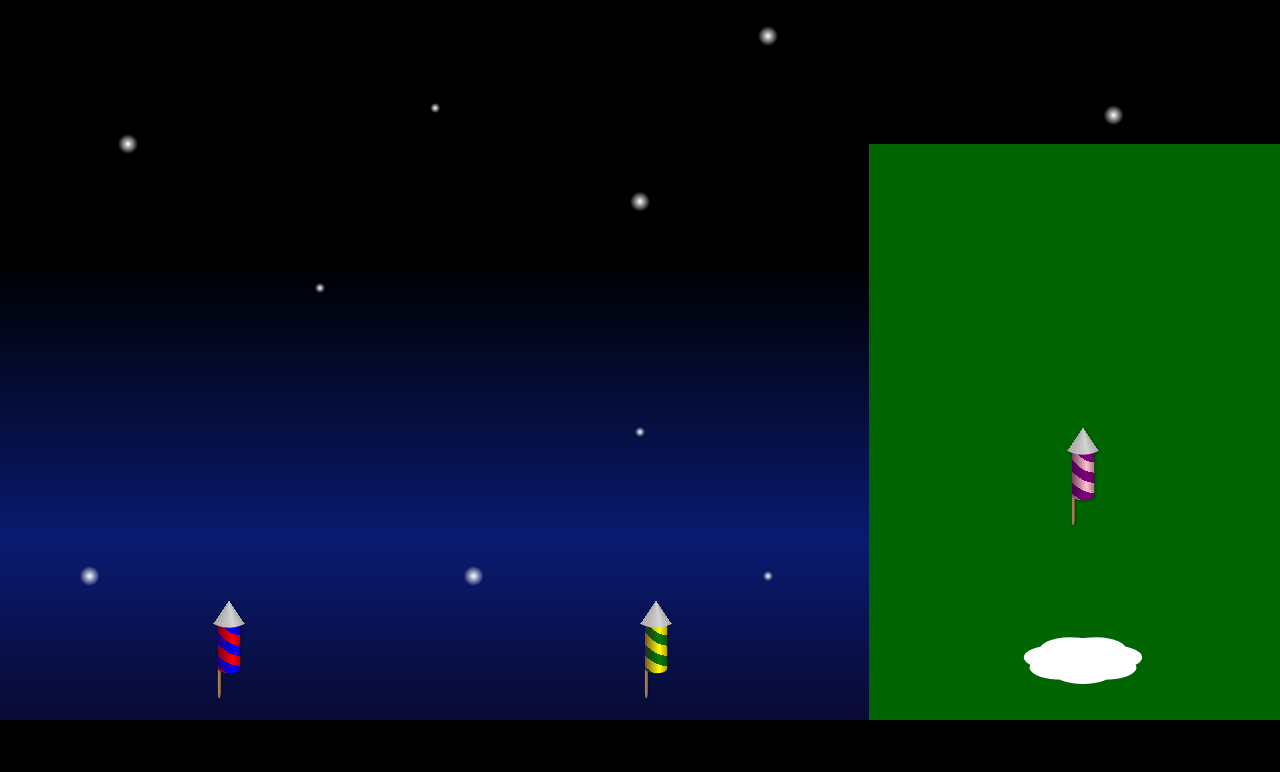
Repository: juliandecloe/CSS-To-The-Rescue---Julian-de-Cloe
Page: index.html
An editor plug-in stored every save of this project. The page is shown before and after the next save, followed by the edit.
The browser window is 1280 px wide. The pictures show the whole page.

Above is the page before, as saved 2022-03-10 17:35:44.

After the next save:
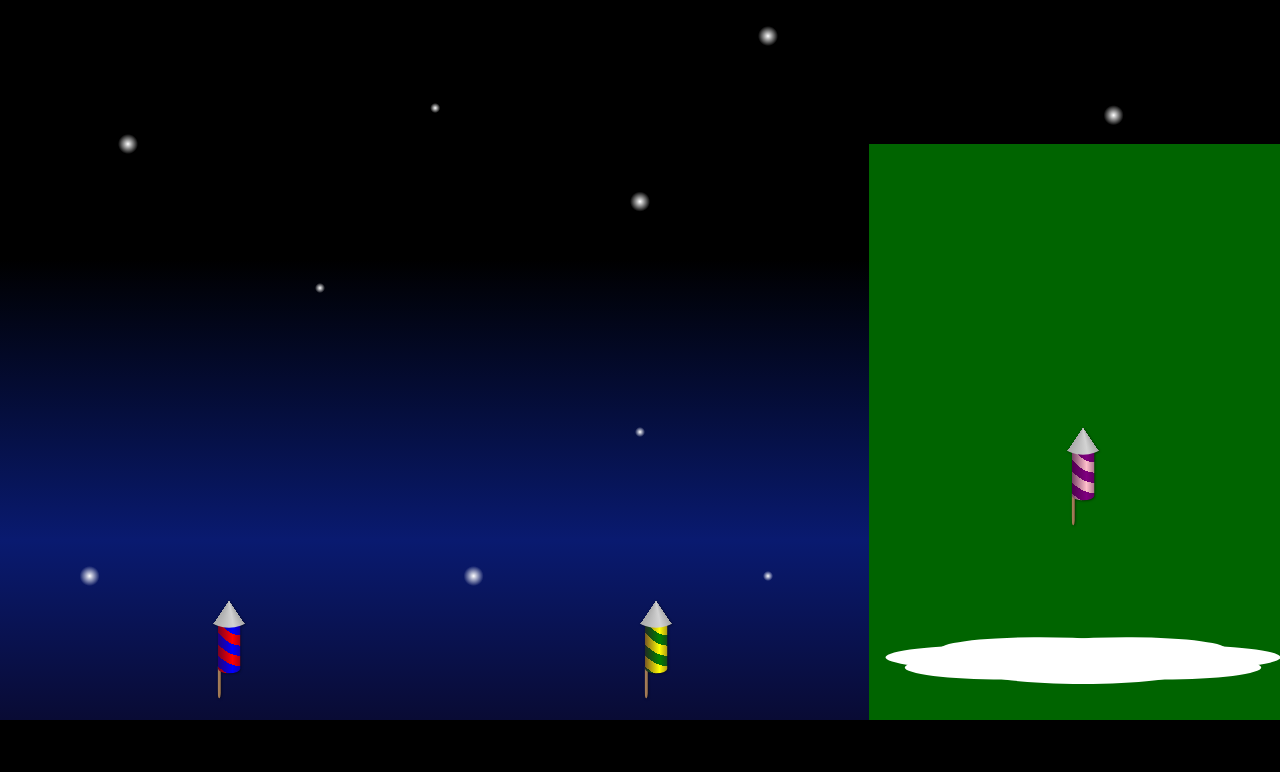
Saved 17 s later.
--- a/style.css
+++ b/style.css
@@ -588,7 +588,7 @@
 	height: 5rem;
 	/* border: 1px solid black; */
 	transform-origin: center top;
-	transform: scaleX(1.5) var(--rotate3);
+	transform: scaleX(5) var(--rotate3);
 }
 
 /* article li:first-child {

After the save that followed:
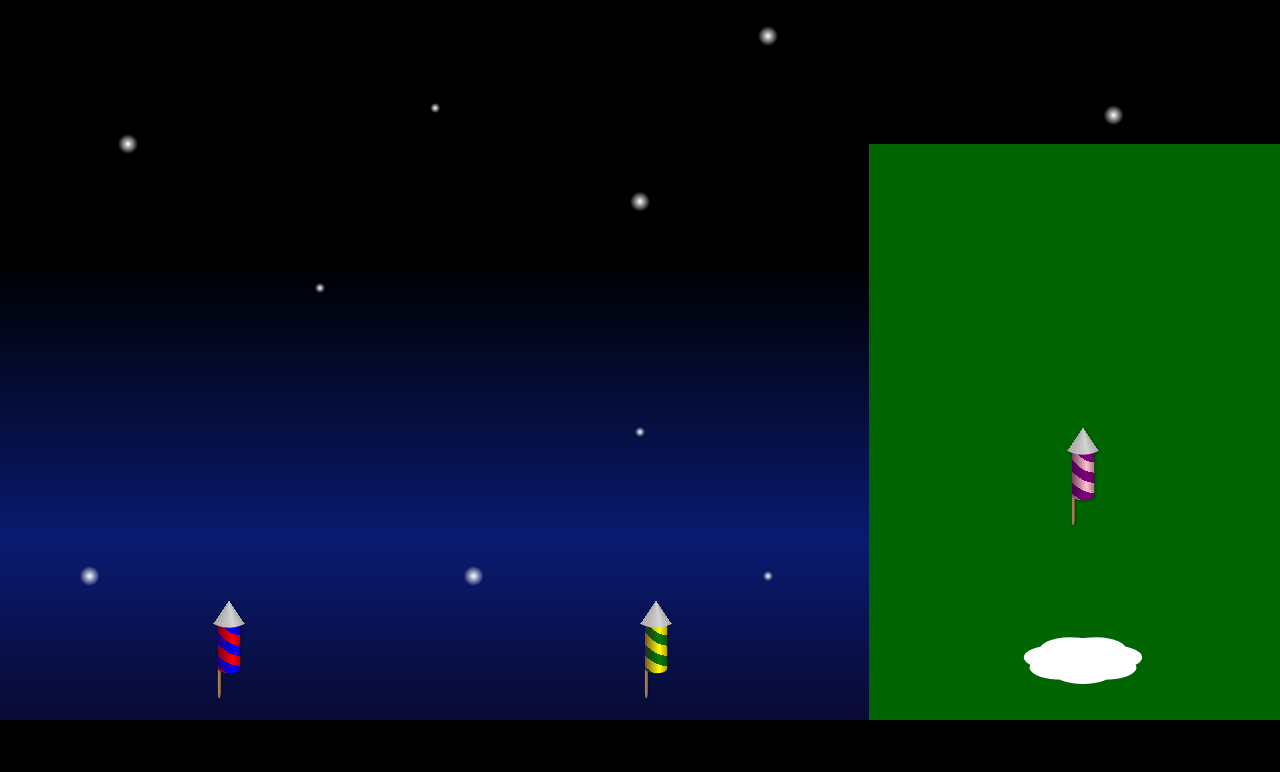
Saved 4 s later.
--- a/style.css
+++ b/style.css
@@ -588,7 +588,7 @@
 	height: 5rem;
 	/* border: 1px solid black; */
 	transform-origin: center top;
-	transform: scaleX(5) var(--rotate3);
+	transform: scaleX(1.5) var(--rotate3);
 }
 
 /* article li:first-child {
